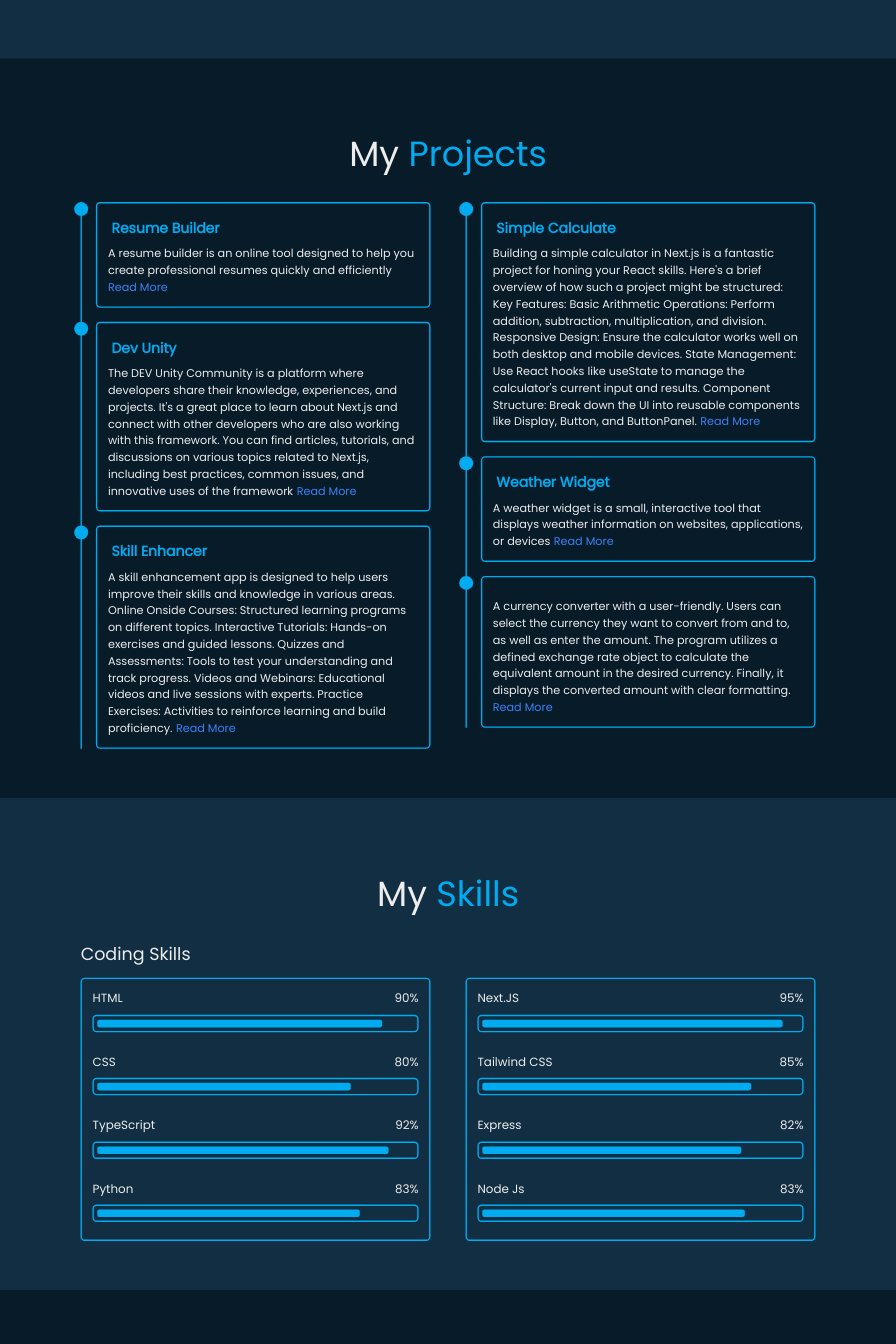
Repository: asadullah48/nextjs_projects_portfolio
Page: /
These files come from the project's save history. The page is drawn as it stood at one moment and after a run of saves; the edit follows.
The browser window is 1280 px wide. The pictures show the part of the page from y = 1574 to 3494 px (the page is 4306 px tall), at 70% of full size.
The project was rebuilt for these pictures with package versions that can differ from the ones it lists, and the page was loaded fresh each time. The framework's server and built-in components were replaced by stand-ins that run in the browser. Also part of the build but not shown: next.config.ts.

Above is the page before, as saved 2024-11-13 15:03:06.

After the next 2 saves:
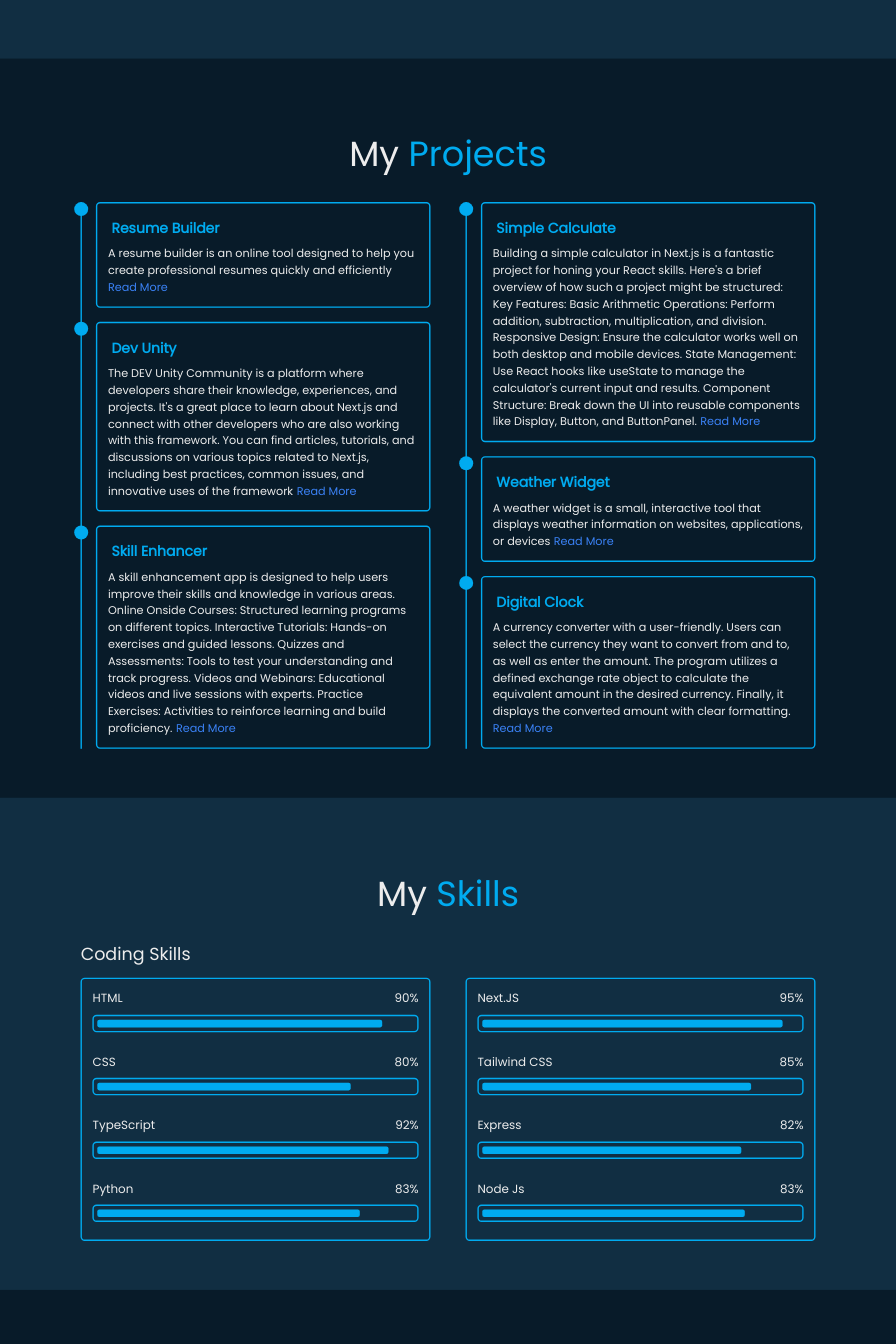
The 2 saves are shown as one change because they came seconds apart.
The last was saved 7 s later.
--- a/src/app/page.tsx
+++ b/src/app/page.tsx
@@ -351,7 +351,7 @@ Component Structure: Break down the UI into reusable components like Display, Bu
               <div className="education-content">
                 <div className="content">
                   <div className="year">
-                    <h3></h3>
+                    <h3>Digital Clock</h3>
                   </div>
                   <p>
                   A currency converter with a user-friendly. Users can select the currency they want to convert from and to,
